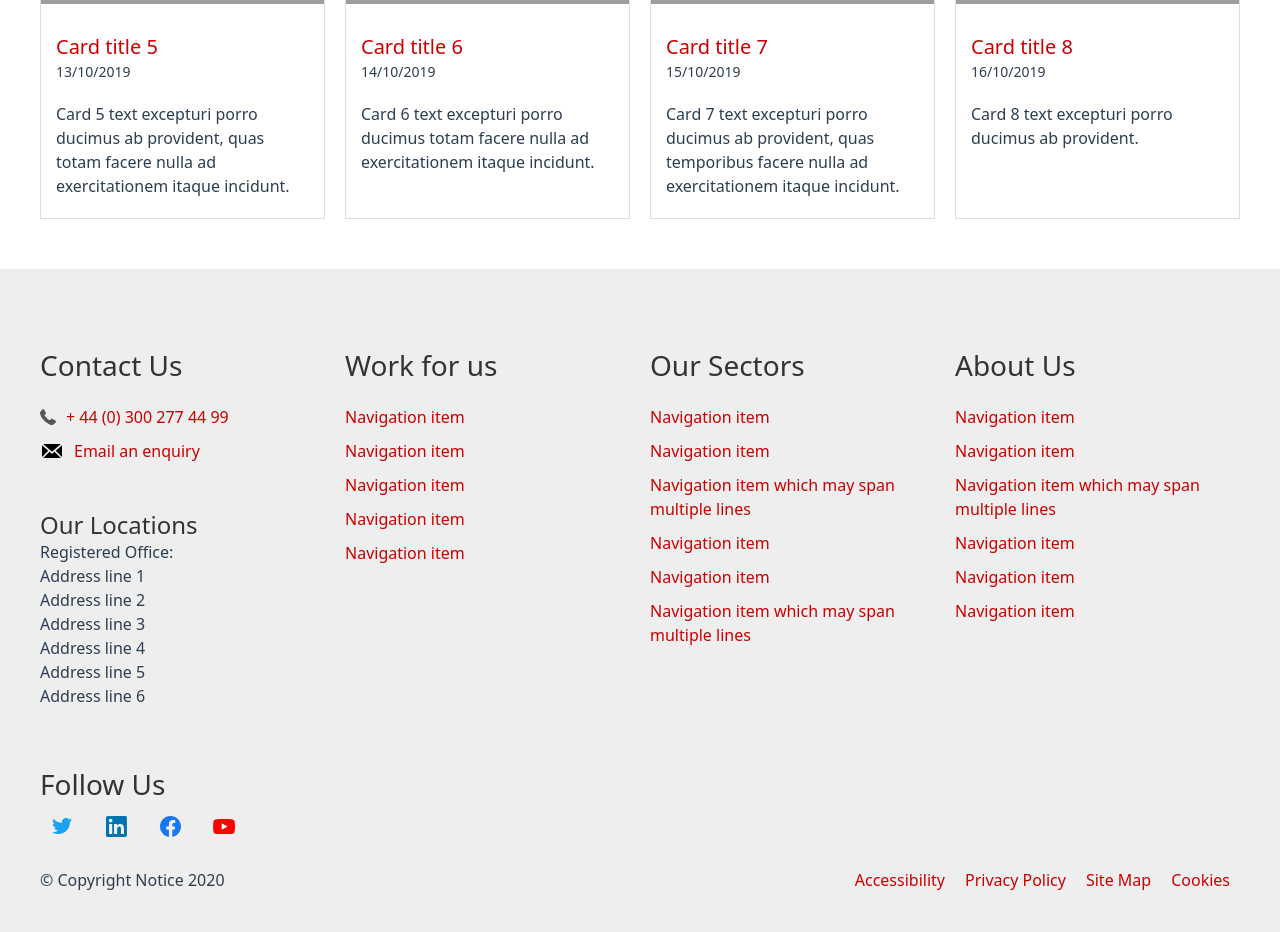
Repository: DaveBaulch/spa
Page: /#/cards
The author's editor kept a copy of each file at every save. The page is drawn from the files as they stood at one save, then again after the next save.
The browser window is 1280 px wide. The pictures show the part of the page from y = 810 to 1762 px (the page is 1742 px tall before and 1762 px after).
Pictures or frames that could not be fetched are drawn as grey boxes. The project was rebuilt for these pictures with package versions that can differ from the ones it lists, and the page was loaded fresh each time. Also part of the build but not shown: src/views/Home.vue, src/assets/styles/main.css.

Above is the page before, as saved 2020-10-16 09:47:31.

### public/index.html
<!DOCTYPE html>
<html lang="en">
  <head>
    <meta charset="utf-8">
    <meta http-equiv="X-UA-Compatible" content="IE=edge">
    <meta name="viewport" content="width=device-width,initial-scale=1.0">
    <link rel="icon" href="<%= BASE_URL %>favicon.ico">
    <title><%= htmlWebpackPlugin.options.title %></title>
    <link href="https://fonts.googleapis.com/css?family=Noto+Sans:400,400i,700,700i&display=swap" rel="stylesheet">

  </head>
  <body>
    <noscript>
      <strong>We're sorry but <%= htmlWebpackPlugin.options.title %> doesn't work properly without JavaScript enabled. Please enable it to continue.</strong>
    </noscript>
    <div id="app"></div>
    <!-- built files will be auto injected -->
  </body>
</html>

### src/App.vue
<template>
  <div id="app">
    <TheSkipLink>
      Skip navigation
    </TheSkipLink>
    <TheHeader @sidenavToggle="displaySidenav = !displaySidenav" />
    <TheSidenav
      :show="displaySidenav"
      @close="displaySidenav = false">
    </TheSidenav>

    <main class="main" id="main">
      <router-view />
    </main>

    <TheFooter />

    <TheScrollTopButton>
      <img src="@/assets/images/svg/chevron-up-white.svg" />
      <span class="sr-only">Back to top</span>
    </TheScrollTopButton>

  </div>
</template>

<script>
import TheHeader from './components/global/TheHeader.vue';
import TheSidenav from '@/components/global/TheSidenav'
import TheFooter from '@/components/global/TheFooter'
import TheSkipLink from '@/components/global/TheSkipLink'
import TheScrollTopButton from '@/components/global/TheScrollTopButton'


export default {
  components: {
    TheHeader,
    TheSidenav,
    TheFooter,
    TheSkipLink,
    TheScrollTopButton
  },
  data() {
    return {
      displaySidenav: false
    }
  }
};
</script>

<style lang="scss">

#app {
  // font-family: Avenir, Helvetica, Arial, sans-serif;
  -webkit-font-smoothing: antialiased;
  -moz-osx-font-smoothing: grayscale;
  text-align: left;
  color: #2c3e50;
}

#nav {
  padding: 30px;

  a {
    font-weight: bold;
    color: #2c3e50;

    &.router-link-exact-active {
      color: #42b983;
    }
  }
}
</style>

### src/assets/sass/_base-styles.scss

@import 'utilities/variables';
@import 'utilities/mixins';
@import 'utilities/animations';

@import 'base/fonts';
@import 'base/resets';
@import 'base/elements';
@import 'base/typography';
@import 'base/forms';

@import 'helpers/text';
@import 'helpers/spacing';
@import 'helpers/colors';

@import 'layout/layout';

### src/components/global/TheHeader.vue
<template>
<div class="header-container">
  <div class="container">
    <header class="header">
      <TheSideNavToggle @toggle="$emit('sidenavToggle')" />
      <div class="logo">
        <router-link to="/" class="logo__link">Site logo</router-link>
      </div>
      <div class="navigation-items">
        <!-- <ul class="nav-list">
          <router-link to="/" class="nav-list__item">Home</router-link> |
          <router-link to="/about" class="nav-list__item">About</router-link>
        </ul> -->
      </div>
    </header>
  </div>
</div>
</template>

<script>
import TheSideNavToggle from "@/components/global/TheSideNavToggle";

export default {
  name: "TheHeader",
  components: {
    TheSideNavToggle
  }
};
</script>

<style scoped lang="scss">
@import '../../assets/sass/utilities/_variables.scss';
@import '../../assets/sass/utilities/_mixins.scss';

.header-container {
  width: 100%;
  min-height: 60px;
  background-color: $black;
  position: fixed;
  z-index: 100;

  @include breakpoint(md) {
    position: relative;
  }
}

.header {
  width: 100%;
  min-height: 60px;
  display: flex;
  justify-content: space-between;
  align-items: center;
  background-color: $black;
  box-sizing: border-box;
  padding: 0;
}

.logo {
  margin: 0;
  padding: 0;
  border: 1px solid $white;
}

.logo__link {
  margin: 0;
  padding: 1rem;
  text-decoration: none;
  color: $white;
  display: block;
}

.navigation-items {
  display: none;

  @include breakpoint(md) {
    display: block;
  }
}

// .nav-list {
//   list-style: none;
//   padding: 0;
//   margin: 0;
//   display: flex;
// }

// .nav-list__item {
//   margin: 0 10px;
// }

// .nav-item a {
//   text-decoration: none;
//   color: $white;
// }

</style>

### src/components/global/TheSidenav.vue
<template>
<div class="sidenav-container">
  <div
    v-if="show"
    class="sidenav-backdrop"
    @click="$emit('close')"></div>
  <transition name="slide-side">
    <div
      v-if="show"
      class="sidenav">
      <ul
        class="nav-list"
        @click="$emit('close')">
        <li class="nav-item"><router-link to="/">Home</router-link></li>
        <li class="nav-item"><router-link to="/hero" class="component-list__link">Hero</router-link></li>
        <li class="nav-item"><router-link to="/carousel" class="component-list__link">Carousel</router-link></li>
        <li class="nav-item"><router-link to="/sectors" class="component-list__link">Sectors</router-link></li>
        <li class="nav-item"><router-link to="/cards" class="component-list__link">Cards</router-link></li>
        <li class="nav-item"><router-link to="/cta" class="component-list__link">CTA</router-link></li>
        <li class="nav-item"><router-link to="/quote" class="component-list__link">Quote</router-link></li>
        <li class="nav-item"><router-link to="/text" class="component-list__link">Text</router-link></li>
      </ul>
    </div>
  </transition>
</div>
</template>

<script>
export default {
  name: "TheSidenav",
  props: {
    show: {
      type: Boolean,
      default: false
    }
  }
};
</script>


<style scoped>
.sidenav-container {
  height: 100%;
  width: 100%;
}

.sidenav-backdrop {
  width: 100%;
  height: 100%;
  background-color: rgba(0, 0, 0, 0.7);
  z-index: 1000;
  position: fixed;
  top: 0;
  left: 0;
}

.sidenav {
  height: 100%;
  width: 300px;
  background-color: white;
  z-index: 10000;
  position: fixed;
  top: 0;
  left: 0;
  box-sizing: border-box;
  padding: 30px;
}

.slide-side-enter-active,
.slide-side-leave-active {
  transition: all 0.3s ease-out;
}
.slide-side-enter,
.slide-side-leave-to {
  transform: translateX(-100%);
}

.nav-list {
  list-style: none;
  padding: 0;
  margin: 0;
}

.nav-item {
  margin: 20px 0;
}

.nav-item a {
  text-decoration: none;
  color: black;
  font-size: 1.5rem;
}

.nav-item a:hover,
.nav-item a:active {
  color: red;
}
</style>

### src/components/global/TheSkipLink.vue
<template>
  <a
    href="#main"
    id="skip-navigation"
    class="skip-link"
    ref="skip-navigation"
    v-scroll-to="{el: '#main'}">
    <slot />
  </a>
</template>



<style scoped lang="scss">
@import '../../assets/sass/utilities/_mixins.scss';
@import '../../assets/sass/utilities/_variables.scss';

.skip-link {
  padding: 0.5rem 1rem 1rem 1rem;
  background-color: $white;
  position: absolute;
  top: -100%;
  left: 2px;
  z-index: 200;
  text-decoration: none !important;
  display: none;

  &:focus {
    top: 2px;
    transition: $transition-speed-medium ease all;
    color: $black;
  }

  @include breakpoint(md) {
    display: flex;
  }
}

.skip-link:visited {
  color: $black;
}
</style>

### src/components/global/TheScrollTopButton.vue
<template>
  <a class="btn-scroll-top" :class="{ active: buttonVisible }" ref="scroll-button" id="scroll-top" href="#skip-navigation" v-scroll-to="{el: '#skip-navigation', onDone: onDone}">
    <slot />
  </a>
</template>

<script>
export default {
  name: "TheScrollTopButton",
  data: function () {
    return {
      scrollPosition: null,
      buttonVisible: false
    }
  },
  methods: {
    onDone() {
      document.getElementById('skip-navigation').focus();
    },
    updateScroll() {
      this.scrollPosition = window.scrollY
      // console.log(this.scrollPosition)
      if ( this.scrollPosition > 100 ){
        this.buttonVisible = true;
      } else {
        this.buttonVisible = false;
      }
    }
  },
  mounted() {
    window.addEventListener('scroll', this.updateScroll);
  }
};
</script>


<style scoped lang="scss">
@import "../../assets/sass/utilities/_variables.scss";
@import "../../assets/sass/utilities/_mixins.scss";

.btn-scroll-top {
  position: fixed;
  z-index: 100;
  bottom: 20px;
  right: 20px;
  width: 44px;
  height: 44px;
  overflow: hidden;
  text-indent: -1999em;
  color: $white;
  background-color: $white;
  border: 1px solid $grey-dark;;
  opacity: 0;
  transition: 300ms ease all;
  display: flex;
  align-items: center;
  justify-content: center;
  display: none;

  @include breakpoint(md) {
    bottom: 85px;
    display: flex;
  }

  &.active {
    opacity: 0.9;
  }
}

</style>

### src/views/CardList.vue
<template>

  <div class="home">

    <div class="container">
      <h1>Card List</h1>
    </div>

    <CardList />

  </div>

</template>

<script>
// @ is an alias to /src
import CardList from "@/components/blocks/CardList.vue";

export default {
  name: "Cards",
  components: {
    CardList
  }
};
</script>

<style scoped lang="scss">

</style>

### src/assets/sass/utilities/_mixins.scss
@mixin fill {
  width: 100%;
  height: 100%;
}

@mixin imageCover {
  object-fit: cover;
  @include fill;
}

@mixin absoluteFill {
  display: block;
  position: absolute;
  top: 0;
  left: 0;
  @include fill;
}

@mixin textGradient($top: $brand-primary, $bottom: $brand-light) {
  background: linear-gradient($top, $bottom);
  background-clip: text;
  -webkit-text-fill-color: transparent;
}

// accessible text
@mixin sr-only {
  border: 0 !important;

  height: 1px !important;
  margin: (-1px) !important;
  overflow: hidden !important;
  padding: 0 !important;
  position: absolute !important;
  width: 1px !important;
}

// breakpoints
// uses breakpoints defined in variables.scss
@mixin breakpoint($point, $value: 0) {
  @if $point==xs {
    @media screen and (max-width: $xs-max) {
      @content;
    }
  } @else if $point==sm {
    @media screen and (min-width: $sm-min) {
      @content;
    }
  } @else if $point==md {
    @media screen and (min-width: $md-min) {
      @content;
    }
  } @else if $point==lg {
    @media screen and (min-width: $lg-min) {
      @content;
    }
  } @else if $point==xl {
    @media screen and (min-width: $xl-min) {
      @content;
    }
  } @else {
    @media screen and ($point: $value) {
      @content;
    }
  }
}

@mixin between-breakpoints($min, $max) {
  @media screen and (min-width: $min) and (max-width: $max) {
    @content;
  }
}

@mixin full-width {
  width: 100vw;
  position: relative;
  left: 50%;
  right: 50%;
  margin-left: -50vw;
  margin-right: -50vw;
}

### src/assets/sass/utilities/_animations.scss
@keyframes fadeIn {
    from {
      opacity: 0;
      visibility: hidden;
    }
    to {
      opacity: 1;
      visibility: visible;
    }
  }

@keyframes fadeOut {
    from {
      opacity: 1;
      visibility: visible;
    }
    to {
      opacity: 0;
      visibility: hidden;
    }
  }

@keyframes slideTop {
  0% {
    transform: translateY(100px);
  }
  100% {
    transform: translateY(0);
  }
}

@mixin fadeIn($duration: 0.3s) {
  animation: {
    name: fadeIn;
    fill-mode: forwards;
    duration: #{$duration};
  }
}

@mixin fadeOut($duration: 0.3s) {
  animation: {
    name: fadeOut;
    fill-mode: forwards;
    duration: #{$duration};
  }
}

### src/assets/sass/base/_fonts.scss
// @font-face {
//   font-family: 'hurme';
//   src: url('~assets/fonts/hurme/hurme-light.otf') format('opentype');
//   font-weight: $font-weight-light;
// }

// @font-face {
//   font-family: 'hurme';
//   src: url('~assets/fonts/hurme/hurme-regular.otf') format('opentype');
//   font-weight: $font-weight-normal;
// }

// @font-face {
//   font-family: 'hurme';
//   src: url('~assets/fonts/hurme/hurme-semiBold.otf') format('opentype');
//   font-weight: $font-weight-bold;
// }

### src/assets/sass/base/_resets.scss
html {
  //Prevent iOS input highlighting
  box-sizing: border-box;
  font-size: $base-font-size;
  -webkit-tap-highlight-color: rgba(0, 0, 0, 0);
}

body {
  -moz-osx-font-smoothing: grayscale;
  -webkit-font-smoothing: antialiased;
  background-color: $body-bg-color;
  color: $color-text;
  font-size: $body-font-mobile;
  line-height: $base-line-height;
  text-align: left;
  margin: 0;
  padding: 0;
  font-weight: $font-weight-light;

  @include breakpoint(lg) {
    font-size: $body-font-desktop;
  }
}

html,
body {
  max-width: 100% !important;
  overflow-x: hidden !important;
}

img {
  display: block;
  height: auto;
  -ms-interpolation-mode: bicubic;
  // option to make images responsive by default
  max-width: 100%;
}

### src/assets/sass/base/_elements.scss
button {
  cursor: pointer;
  margin: 0;
}

img {
  max-width: 100%;
  pointer-events: none;

  &:not([src]) {
    visibility: hidden;
  }
}

.img-responsive {
  display: block;
  height: auto;
  max-width: 100%;
  width: 100%;
}

a {
  text-decoration: none;
  color: inherit;
}

ul:not([class]) {
  list-style: disc;
}

ol:not([class]) {
  list-style: decimal;
}

### src/assets/sass/helpers/_text.scss
.uppercase {
  text-transform: uppercase;
}

.font-light {
  font-weight: $font-weight-light;
}

.font-normal {
  font-weight: $font-weight-normal;
}

.font-bold {
  font-weight: $font-weight-bold;
}

.sr-only {
  @include sr-only;
}

### src/assets/sass/helpers/_spacing.scss
.no-padding {
  padding: 0;
}

.no-margin {
  margin: 0;
}

### src/assets/sass/helpers/_colors.scss
// .bg-white {
//   background-color: $brand-white;
// }
// .bg-white-alt {
//   background-color: $brand-white-alt;
// }
// .bg-black {
//   background-color: $brand-black;
// }
// .bg-primary {
//   background-color: $brand-primary;
// }
// .bg-primary-alt {
//   background-color: $brand-primary-alt;
// }
// .bg-dark {
//   background-color: $brand-dark;
// }
// .bg-dark-alt {
//   background-color: $brand-dark-alt;
// }
// .bg-light {
//   background-color: $brand-lightest;
// }
// .bg-light-alt {
//   background-color: $brand-light-alt;
// }

### src/assets/sass/layout/_layout.scss
.container {
  width: calc(100% - 30px);
  max-width: 1200px;
  margin: 0 auto;
  padding: 0;
  position: relative;
  padding: 0 15px;
}

.row {
  display: grid;
  grid-template-columns: repeat(12, 1fr);
  grid-gap: 20px;
}

.main {
  padding-top: 60px;

  @include breakpoint(md) {
    padding-top: 0;
  }
}

// picturefill-background background images
.picturefill-background {
  background-size: cover;
  background-repeat: no-repeat;
  opacity: 1;
  transition: opacity 2s ease;

  &.is-lazy {
    opacity: 0;
  }
}

### src/components/global/TheSideNavToggle.vue
<template>
  <div
    class="drawer-toggle"
    role="button"
    @click="$emit('toggle')">
    <div class="bar"></div>
    <div class="bar"></div>
    <div class="bar"></div>
  </div>
</template>

<style scoped>
.drawer-toggle {
  display: flex;
  flex-direction: column;
  justify-content: space-around;
  height: 40px;
  width: 35px;
  cursor: pointer;
}

@media (min-width: 768px) {
  .drawer-toggle {
    display: none;
  }
}

.drawer-toggle .bar {
  width: 90%;
  height: 2px;
  background-color: white;
}
</style>

### src/components/global/TheSocialSharing.vue
<template>
  <div class="social-links-wrapper">
    <h2 class="social-links-title">Follow Us</h2>
    <ul class="social-links">
      <li class="social-links__item">
        <TheSocialSharingItem>
          <img src="@/assets/images/svg/icon-footer-twitter.svg" width="20" height="16" alt="Twitter" />
          <span class="sr-only">Twitter</span>
        </TheSocialSharingItem>
      </li>
      <li class="social-links__item">
        <TheSocialSharingItem>
          <img src="@/assets/images/svg/icon-footer-linkedin.svg" width="21" height="21" alt="LinkedIn" />
          <span class="sr-only">LinkedIn</span>
        </TheSocialSharingItem>
      </li>
      <li class="social-links__item">
        <TheSocialSharingItem>
          <img src="@/assets/images/svg/icon-footer-facebook.svg" width="21" height="21" alt="Facebook" />
          <span class="sr-only">Instagram</span>
        </TheSocialSharingItem>
      </li>
      <li class="social-links__item">
        <TheSocialSharingItem href="https://www.youtube.com/">
          <img src="@/assets/images/svg/icon-footer-youtube.svg" width="22" height="16" alt="YouTube" />
          <span class="sr-only">You Tube</span>
        </TheSocialSharingItem>
      </li>
    </ul>
  </div>
</template>

<script>
import TheSocialSharingItem from "@/components/global/TheSocialSharingItem";

export default {
  name: "TheSocialSharing",
  components: {
    TheSocialSharingItem
  }
};
</script>

<style scoped lang="scss">
@import '../../assets/sass/utilities/_variables.scss';

.social-links {
  margin: 0 auto;
  list-style: none;
  display: flex;
}

.social-links__item {
  margin: 0 1rem 0 0;
}

</style>

### src/components/blocks/CardList.vue
<template>

  <article class="section card-list-block">

    <div class="container">

      <div class="card-list">

        <div class="card-list__heading">
          <h2 v-if="blockData">{{ blockData.title }}</h2>
        </div>

        <ol class="card-list__list" v-if="blockData">

          <li class="card-list__item" v-for="item in blockData.data" :key="item.id" >
            <CardListCard :itemData="item" />
          </li>

        </ol>

      </div>

    </div>

  </article>

</template>

<script>
import axios from 'axios';
import lazyloadPicturefillBackground from 'lazyload-picturefill-background';
import CardListCard from '@/components/ui/CardListCard.vue';

export default {
  name: 'CardList',
  data () {
    return {
      blockData: null
    }
  },
  components: {
    CardListCard
  },
  watch: {
    pageData: function () {
      this.$nextTick(() => {
        new lazyloadPicturefillBackground();
      })
    }
  },
  created() {
    axios
      .get('data/cards-data.json')
      .then((response) => {
        this.blockData = response.data;
      })
      .catch((error) => {
        console.log(error);
      });
  },
  mounted() {
  }
};
</script>

<style scoped lang="scss">
@import '../../assets/sass/utilities/_variables.scss';
@import '../../assets/sass/utilities/_mixins.scss';

.card-list {
  display: flex;
  flex-direction: column;
  padding-bottom: 2rem;

  @include breakpoint(md) {
    padding-bottom: 0;
  }
  @include breakpoint(lg) {
    padding-bottom: 2rem;
  }
}

.card-list__heading {
  text-align: center;
}

.card-list__list {
  display: flex;
  flex-wrap: wrap;
  margin: 0 -10px;
  list-style-type: none;
}

.card-list__btn {
  margin-bottom: 2rem;
  margin-right: 0;

  @include breakpoint(md) {
    align-self: flex-start;
    margin-bottom: 0;
    position: absolute;
    right: 1.2rem;
    top: 5rem;
  }
}


.card-list__item {
  position: relative;
  width: 100%;
  min-height: 1px;
  display: flex;
  flex-direction: column;
  margin: 2rem 0 0 0;
  padding: 0;

  @include breakpoint(md) {
    flex: 0 0 50%;
    max-width: 50%;
  }

  @include breakpoint(lg) {
    flex: 0 0 25%;
    max-width: 25%;
  }
}

</style>

### src/components/global/TheSocialSharingItem.vue
<template>
  <a :href="href"
    class="social-sharing-item"
    ><slot /></a>
</template>

<script>
export default {
  name: 'TheSocialSharingItem',
  props: {
    href: {
      type: String,
      default: ''
    }
  }
}
</script>


<style scoped lang="scss">
@import '../../assets/sass/utilities/_variables.scss';

.social-sharing-item {
  display: flex;
  align-items: center;
  justify-content: center;
  width: 44px;
  height: 44px;

  &:hover,
  &:focus {
    color: $color-link-hover;
    text-decoration: underline;
  }
}
</style>

### src/components/ui/CardListCard.vue
<template>
  <article aria-label="Example showing an article title over two lines here" class="card js-card">
    <p class="card__badge" :class="itemData.tagClass" v-if="itemData.tag">{{ itemData.tag }}</p>
    <div class="card__img-holder">
      <picture>
        <source :srcset="itemData.imgSrc" media="(min-width: 1024px)">
        <source :srcset="itemData.imgSrc" media="(min-width: 768px)">
        <source :srcset="itemData.imgSrc" media="(min-width: 576px)">
        <source :srcset="itemData.imgSrc" media="(min-width: 0px)">
        <img :src="itemData.imgSrc" alt="" class="card__img img-responsive">
      </picture>
    </div>
    <div class="card__content">
      <div class="card__inner">
        <h3 class="card__title"><a :href="itemData.link">{{ itemData.title }}</a></h3>
        <p class="card__date">{{ itemData.date }}</p>
        <div class="card__description" v-html="itemData.text"></div>
      </div>
    </div>
  </article>
</template>

<script>
export default {
  name: 'cardLinkCard',
  props: {
    itemData: {}
  }
}
</script>

<style scoped lang="scss">
@import '../../assets/sass/utilities/_variables.scss';
@import '../../assets/sass/utilities/_mixins.scss';

.card {
  background-color: $white;
  display: flex;
  flex: 1 0 auto;
  flex-direction: column;
  min-height: 1px;
  position: relative;
  width: auto;
  padding: 0;
  margin: 0 1rem;
  border: 1px solid $grey-light;
}

.card__title {
  margin: 1rem 0 0 0;
  font-size: 2rem;

  a {
    text-decoration: none;

    &:after {
      content: "";
      position: absolute;
      top: 0;
      left: 0;
      width: 100%;
      height: 100%;
    }
  }
}

.card__date {
  margin: 0;
  font-size: 1.4rem;
}

.card__content {
  padding: 2rem 1.5rem 2rem 1.5rem;
}

.card__badge {
  left: 0;
  padding: 0.6rem 1rem;
  position: absolute;
  top: 0;
  background-color: $grey-light;
  margin: 0;

  &.news {
    background-color: $yellow;
  }

  &.work {
    background-color: $blue;
    color: $white;
  }

    &.case-study {
    background-color: $red;
    color: $white;
  }
}

</style>

Loaded but not shown: src/registerServiceWorker.js (common file); src/store/index.js (common file); public/data/cards-data.json (85 lines, source omitted); src/router/index.js (103 lines, source omitted); src/main.js (19 lines, source omitted); src/assets/sass/base/_forms.scss (498 lines, source omitted); src/components/global/TheFooter.vue (345 lines, source omitted); src/assets/sass/utilities/_variables.scss (138 lines, source omitted); src/components/blocks/AppCardList.vue (134 lines, source omitted); src/assets/sass/base/_typography.scss (171 lines, source omitted)

After the next save:
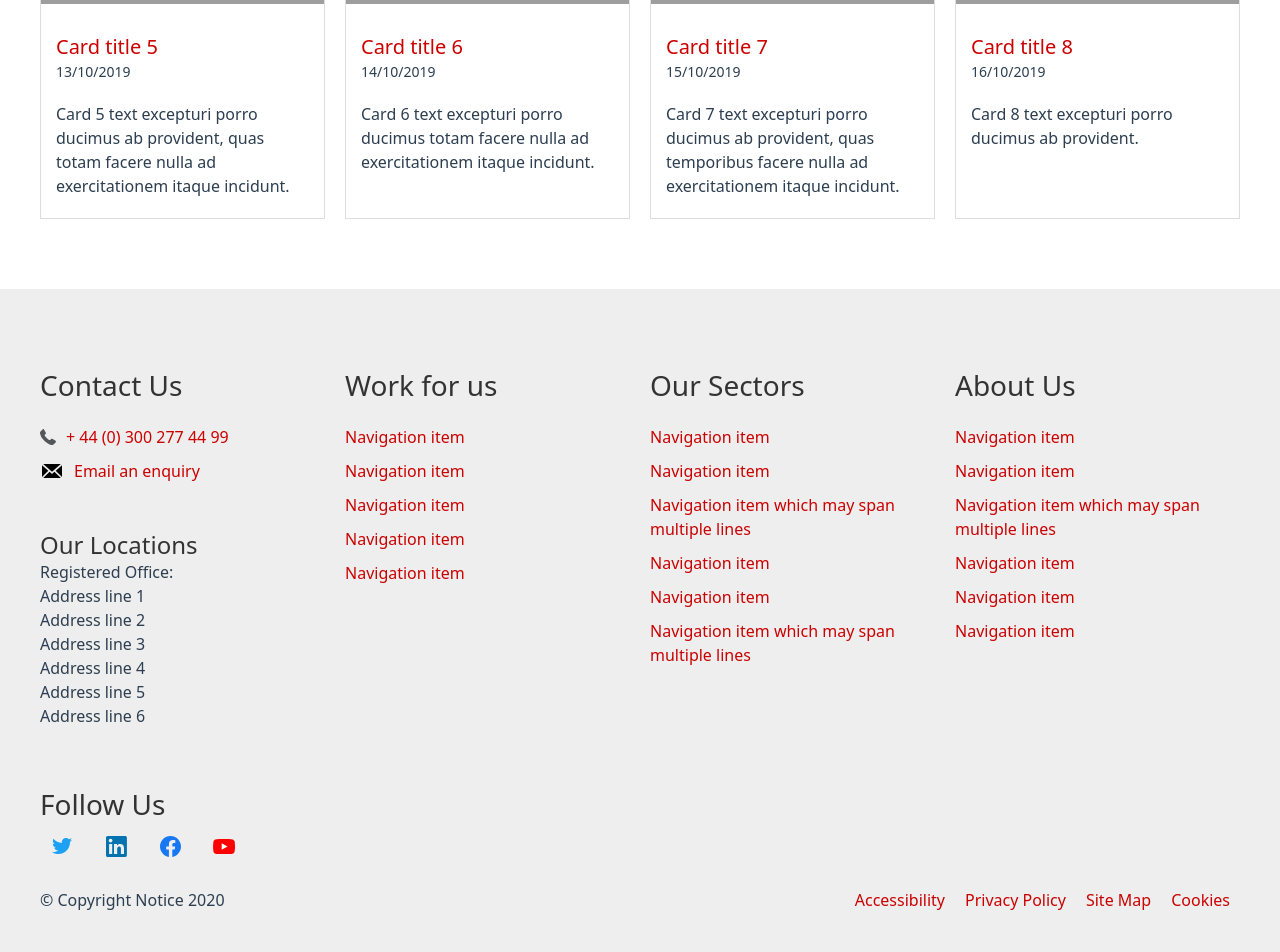
Saved 13 s later.
--- a/src/views/CardList.vue
+++ b/src/views/CardList.vue
@@ -14,7 +14,7 @@
 
 <script>
 // @ is an alias to /src
-import CardList from "@/components/blocks/CardList.vue";
+import CardList from "@/components/blocks/AppCardList.vue";
 
 export default {
   name: "Cards",
